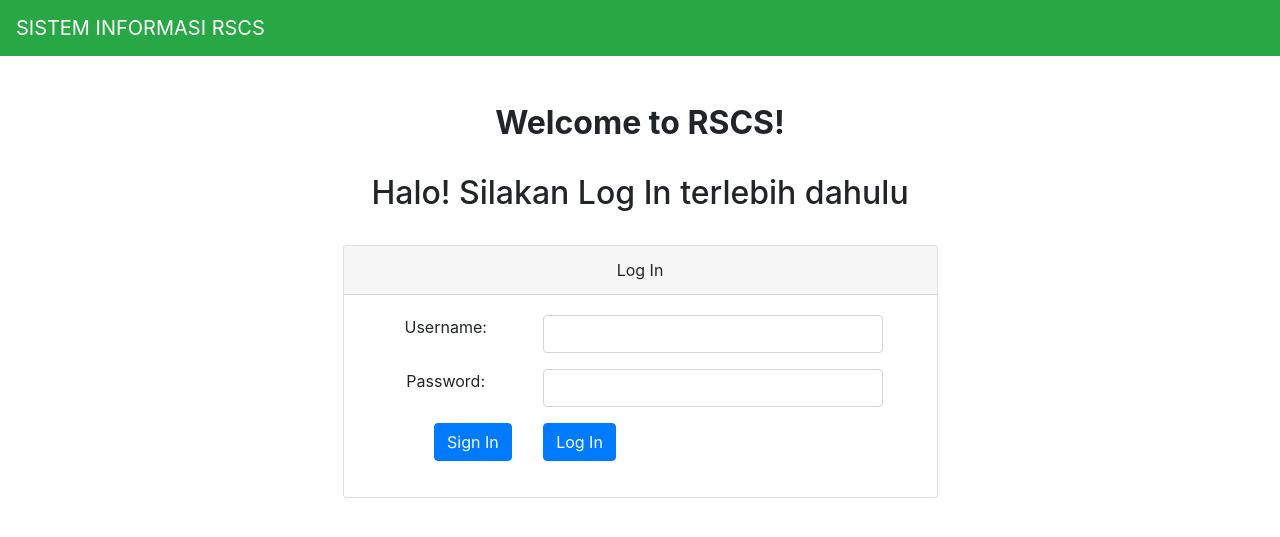
Repository: usamah1707/Tugas-Akhir-Kelompok-6
Page: http://localhost/login
An editor plug-in stored every save of this project. The page is shown before and after the next save, followed by the edit.
The browser window is 1280 px wide. The pictures show the whole page.
The page is this project's Thymeleaf template; nobody is signed in. The template is opened directly, without the code that normally fills it, so the values that code supplies are empty.

Above is the page before, as saved 2019-06-04 06:04:18.

After the next save:
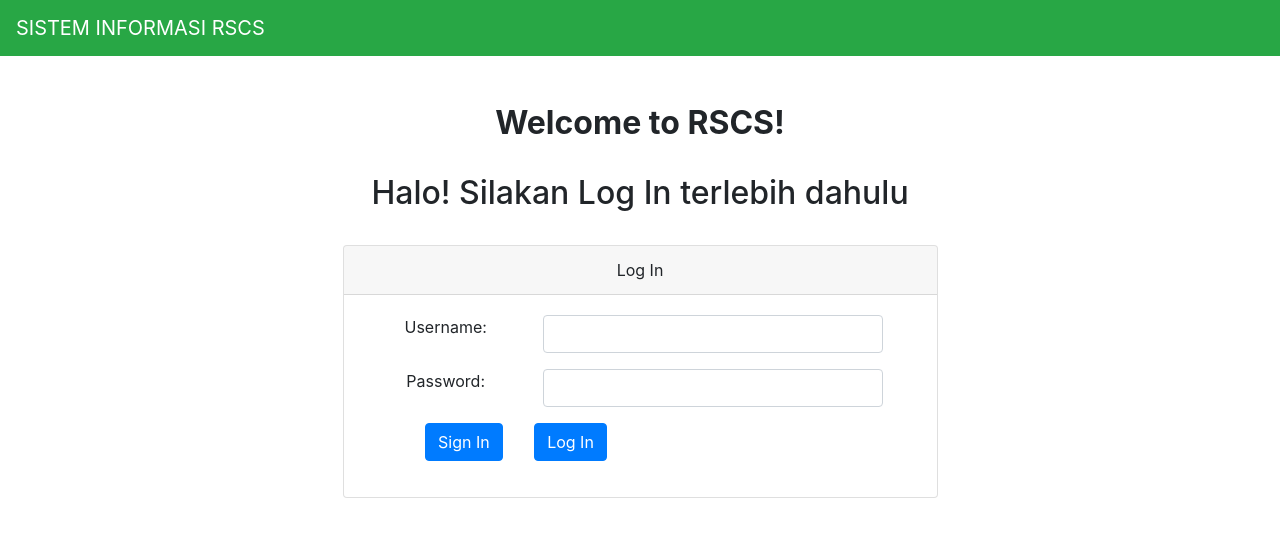
Saved 7 s later.
--- a/TA_6/src/main/resources/templates/login.html
+++ b/TA_6/src/main/resources/templates/login.html
@@ -50,7 +50,7 @@
                             </div>
                             <div class="row form-group">
 
-                            &nbsp &nbsp &nbsp &nbsp &nbsp &nbsp &nbsp &nbsp &nbsp &nbsp<button type="submit" class="btn btn-primary" align = "center">Sign In</button>
+                            &nbsp &nbsp &nbsp &nbsp &nbsp &nbsp &nbsp &nbsp &nbsp <button type="submit" class="btn btn-primary" align = "center">Sign In</button>
 
                                &nbsp &nbsp &nbsp &nbsp  <button type="submit" class="btn btn-primary" style="text-align: left">Log In</button>
                             </div>
